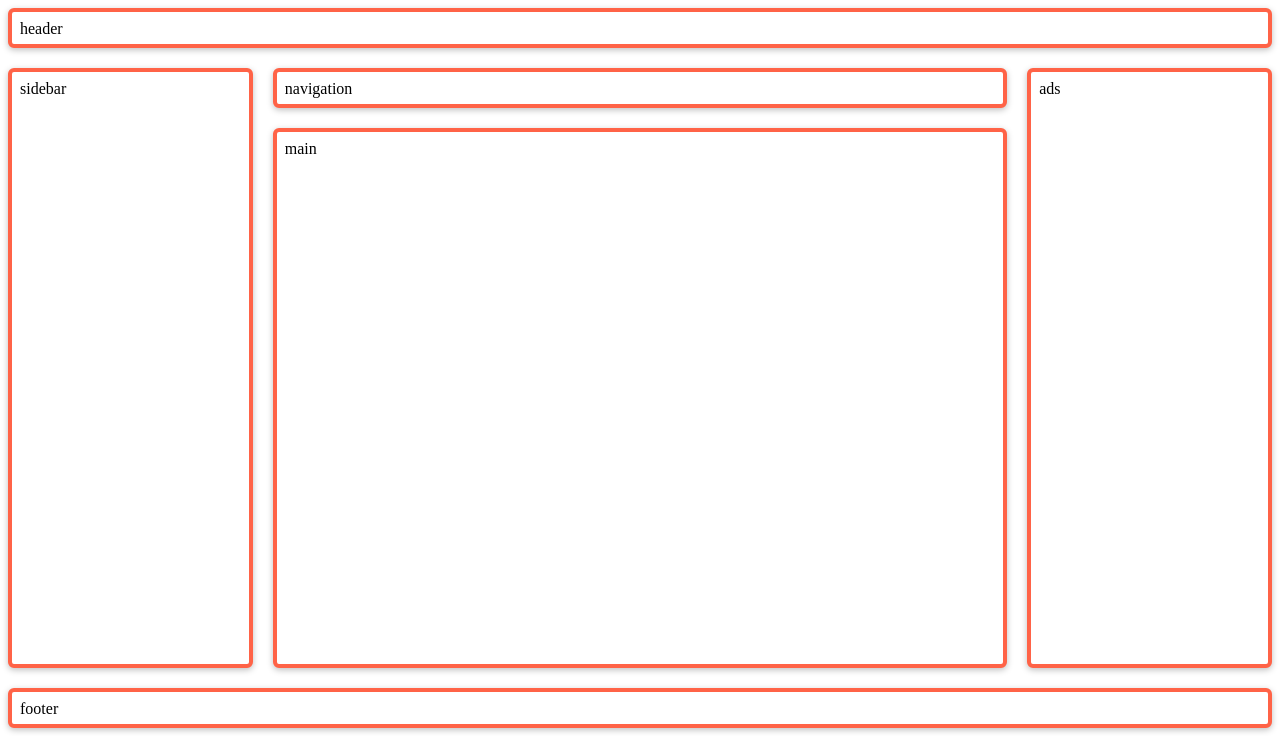
Repository: cokoduwa/css-layouts
Page: grid-exercises/03-page-layout/practice.html
The author's editor kept a copy of each file at every save. The page is drawn from the files as they stood at one save, then again after the next save.
The browser window is 1280 px wide. The pictures show the whole page.

Above is the page before, as saved 2022-10-03 19:51:45.

After the next save:
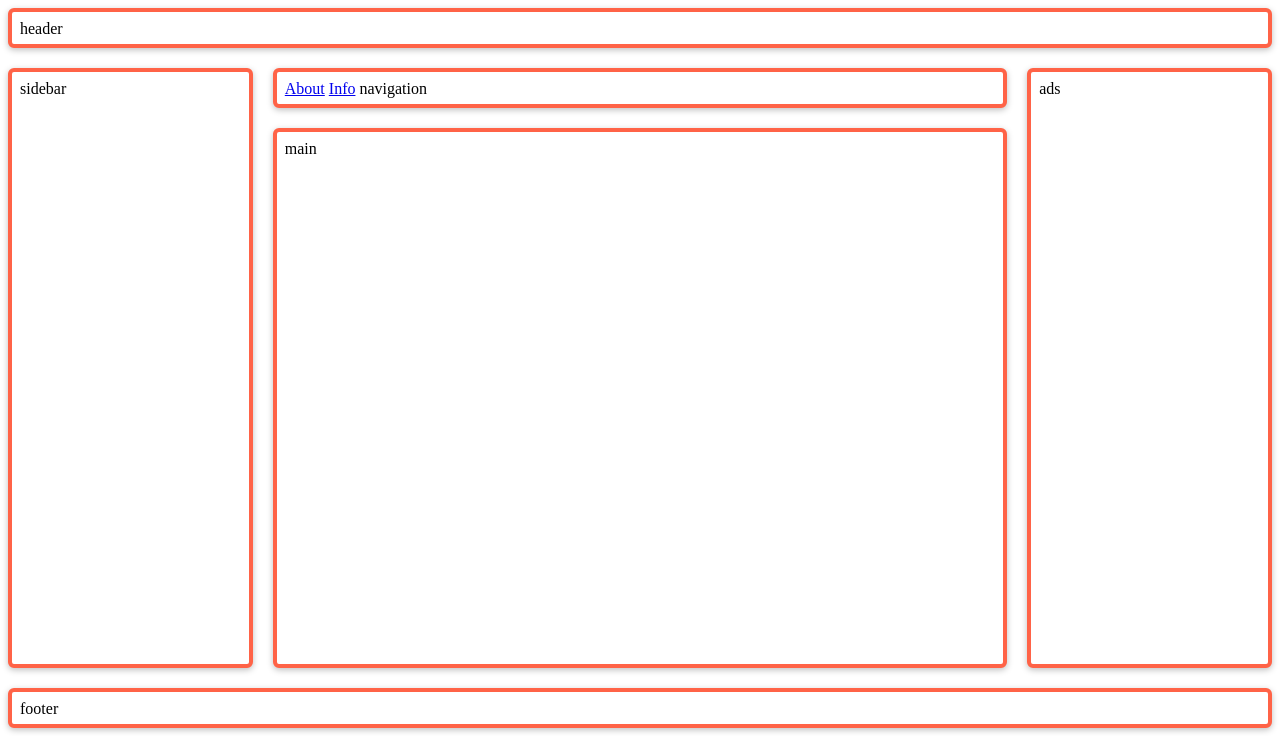
Saved 6 min 17 s later.
--- a/grid-exercises/03-page-layout/practice.html
+++ b/grid-exercises/03-page-layout/practice.html
@@ -12,7 +12,9 @@
 
       <div class="item header">header</div>
 
-      <div class="item navigation">navigation</div>
+      <div class="item navigation">
+        <a href="#">About</a>
+        <a href="#">Info</a> navigation</div>
 
       <div class="item main">main</div>
 
